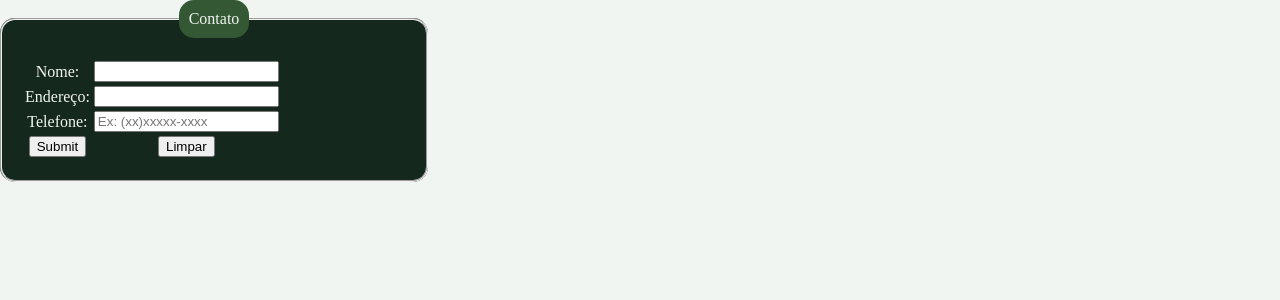
Repository: otavio-vicente/BackEnd-UniSenai
Page: WorkspaceTrilhaWeb/exemploServlet/src/main/webapp/contato.html
These files come from the project's save history. The page is drawn as it stood at one moment and after the next save; the edit follows.
The browser window is 1280 px wide. The pictures show the whole page.

Above is the page before, as saved 2024-06-13 23:31:42.

### WorkspaceTrilhaWeb/exemploServlet/src/main/webapp/contato.html
<!DOCTYPE html>
<html>
<head>
<meta charset="UTF-8">
<title>Insert title here</title>
<link href="./style.css" rel="stylesheet" type="text/css">
</head>
<body>
	<form>
		<fieldset>
			<legend>Contato</legend>
			<table>
				<tr>
					<td>Nome:</td>
					<td><input type="text"></input></td>
				</tr>
				<tr>
					<td>Endereço:</td>
					<td><input type="text"></input></td>
				</tr>
				<tr>
					<td>Telefone:</td>
					<td><input type="fone" placeholder="Ex: (xx)xxxxx-xxxx"></input></td>
				</tr>
				<tr>
					<td><input type="submit"></input></td>
					<td><input type="reset" value="Limpar"></input></td>
				</tr>
			</table>
		</fieldset>
	</form>
</body>
</html>

### WorkspaceTrilhaWeb/exemploServlet/src/main/webapp/style.css
@charset "UTF-8";

body {
	background-color: #F1F5F2;
	margin: 0;
	padding:0;
}

fieldset {
	background-color: #14281D;
	color: #F1F5F2;
	border-radius: 15px;
	margin: 0;
	padding: 20px;
	width: 30%;
	text-align: center;
}

legend {
	padding:10px;
	background-color: #355834;
	border-radius: 15px;
}

After the next save:
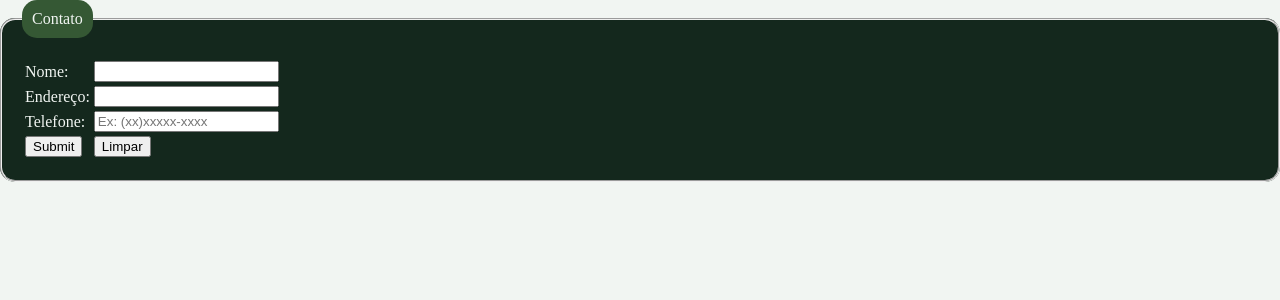
Saved 21 s later.
--- a/WorkspaceTrilhaWeb/exemploServlet/src/main/webapp/style.css
+++ b/WorkspaceTrilhaWeb/exemploServlet/src/main/webapp/style.css
@@ -12,8 +12,6 @@ fieldset {
 	border-radius: 15px;
 	margin: 0;
 	padding: 20px;
-	width: 30%;
-	text-align: center;
 }
 
 legend {
